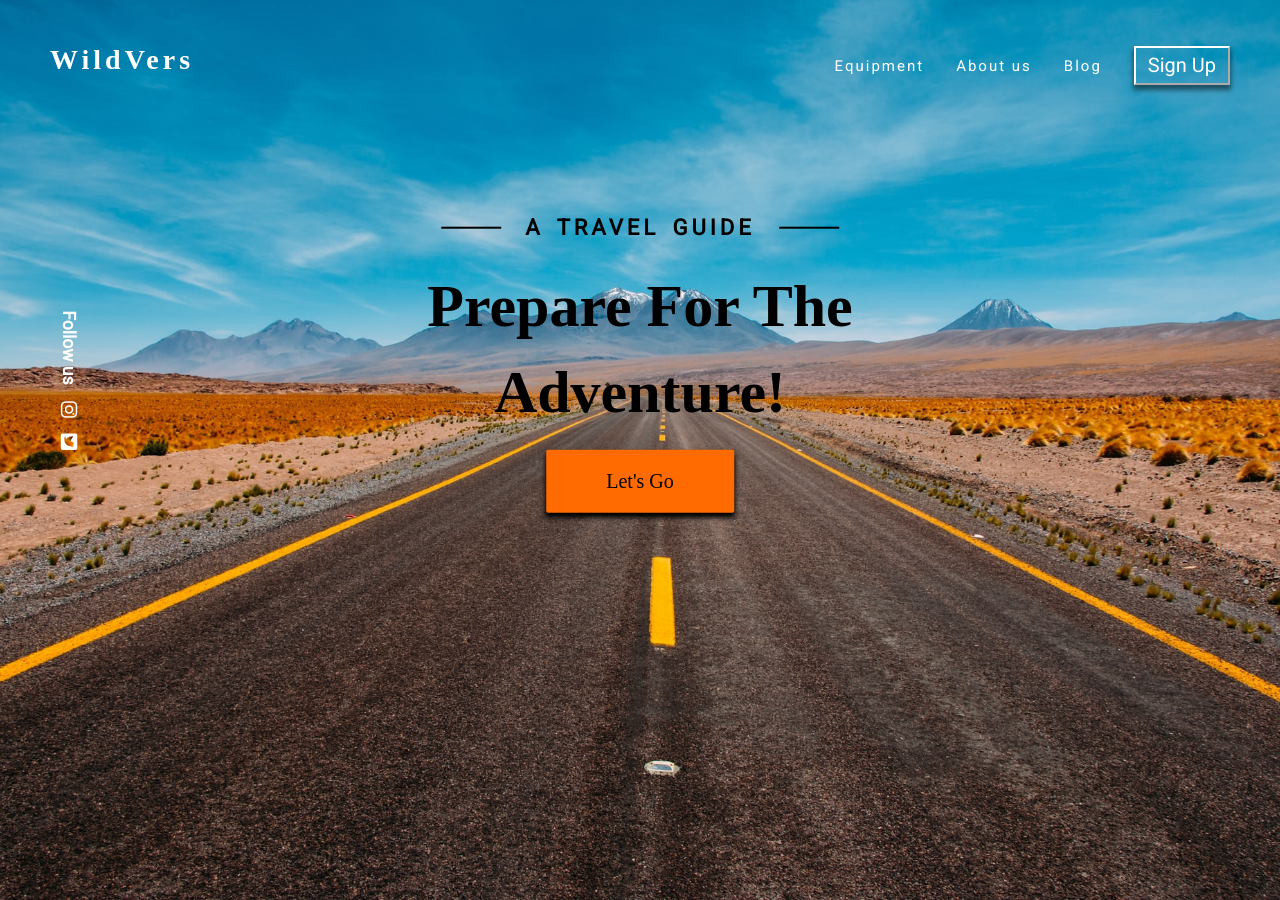
Repository: Hunga9k50doker/wildver-travel
Page: src/index.html
The author's editor kept a copy of each file at every save. The page is drawn from the files as they stood at one save, then again after a run of saves.
The browser window is 1280 px wide. The pictures show the whole page.
Some web fonts or font styles are not loaded; a fallback is used. The style sheet was rebuilt from its Sass, Less or Tailwind sources for each picture, by a compiler version that may differ from the author's.

Above is the page before, as saved 2021-08-26 00:34:59.

After the next 3 saves:
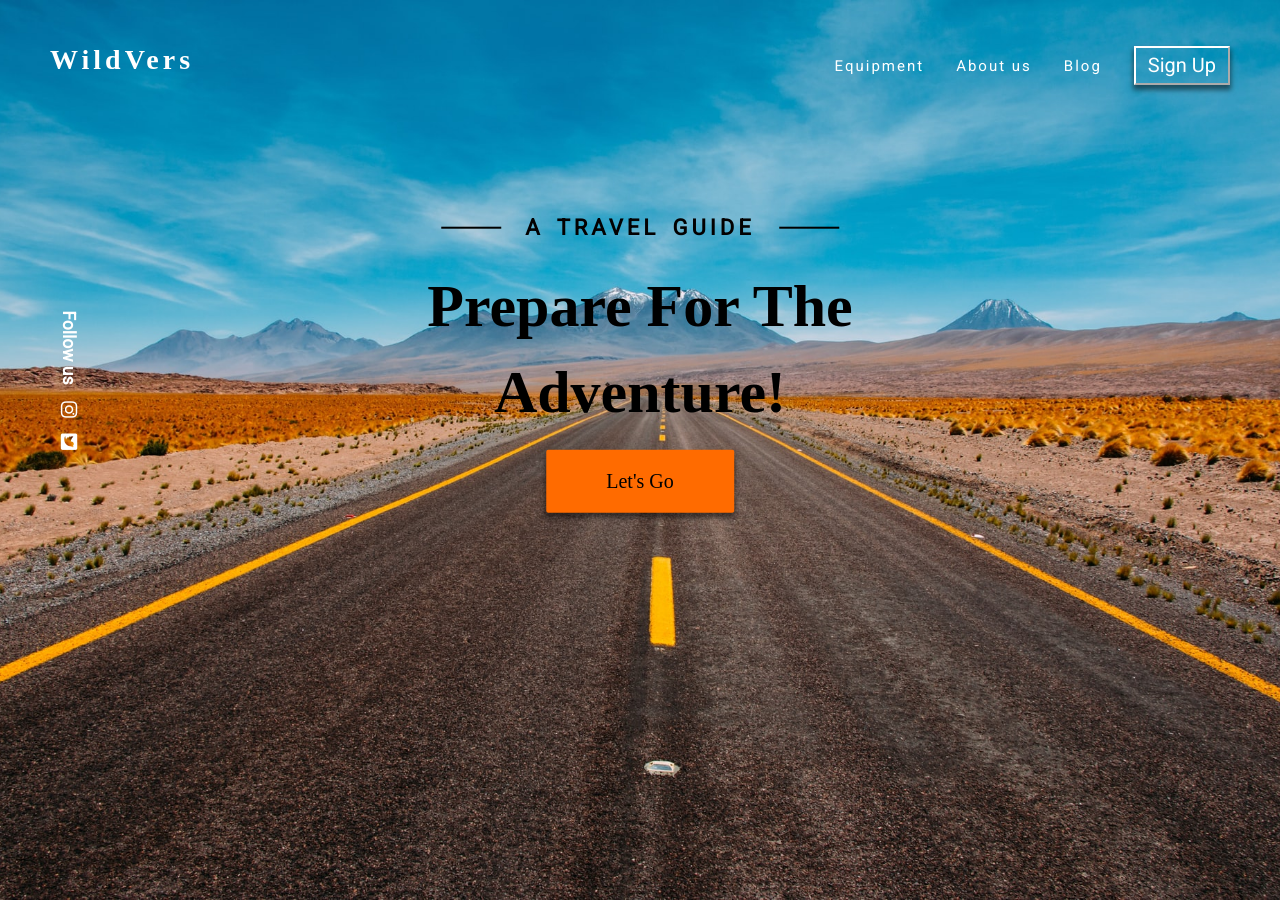
The 3 saves are shown as one change because they came seconds apart.
The last was saved 8 s later.
--- a/src/resources/scss/header.scss
+++ b/src/resources/scss/header.scss
@@ -153,7 +153,8 @@
                background: $orange-color;
                border: none;
                border-radius: 2px;
-               box-shadow: 0 4px 5px 1px ;
+               box-shadow: 0 4px 5px 1px rgba(0,0,0,0.5);
+
             }
         }
     }
